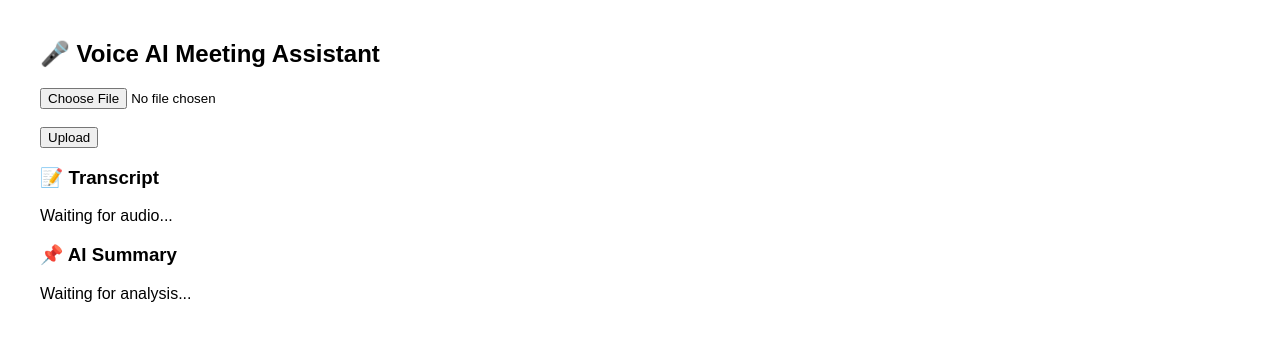
Repository: MujtabaHabib/Voice-AI-Meeting-Assistant
Page: index.html
These files come from the project's save history. The page is drawn as it stood at one moment and after a run of saves; the edit follows.
The browser window is 1280 px wide. The pictures show the whole page.

Above is the page before, as saved 2026-02-01 21:54:13.

### index.html
<!DOCTYPE html>
<html lang="en">
<head>
    <meta charset="UTF-8">
    <meta name="viewport" content="width=device-width, initial-scale=1.0">
    <link rel="stylesheet" href="style.css">
    <title>Voice AI Agent</title>
</head>
<body>
    <div>
    <h2>🎤 Voice AI Meeting Assistant</h2>

    <input type="file" name="file" id="audioFile">
    <br><br>
    <button onclick="send()">Upload</button>

    <div class="box">
        <h3>📝 Transcript</h3>
        <p id="transcript">Waiting for audio...</p>
    </div>

    <div class="box">
        <h3>📌 AI Summary</h3>
        <p id="summary">Waiting for analysis...</p>
    </div>
</div>
<script>
    async function send() {
        const file = document.getElementById("audioFile").files[0]
        const form = new FormData()
        form.append("file",file)

        document.getElementById("transcript").innerText = "processing..."
        document.getElementById("summary").innerText = "AI is thinking.."

    const res = await fetch("http://127.0.0.1:8000/voice-agent",{
        method : "POST",
        body : form
    })

    const data = await res.json()

    document.getElementById("transcript").innerText = data.transcript
    document.getElementById("summary").innerText = data.summary
}
</script>
</body>
</html>

### style.css
body{
    font-family:Arial;
    margin: 40px;
}

.box{

}

After the next 4 saves:
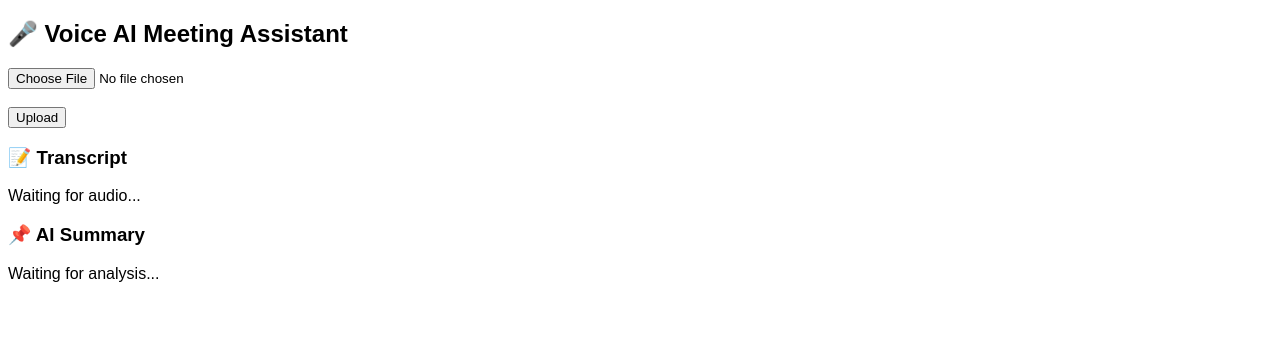
The 4 saves are shown as one change because they came seconds apart.
The last was saved 2 min 21 s later.
--- a/style.css
+++ b/style.css
@@ -1,6 +1,7 @@
 body{
     font-family:Arial;
-    margin: 40px;
+    heigh: 100vh;
+    background-color: ;
 }
 
 .box{
